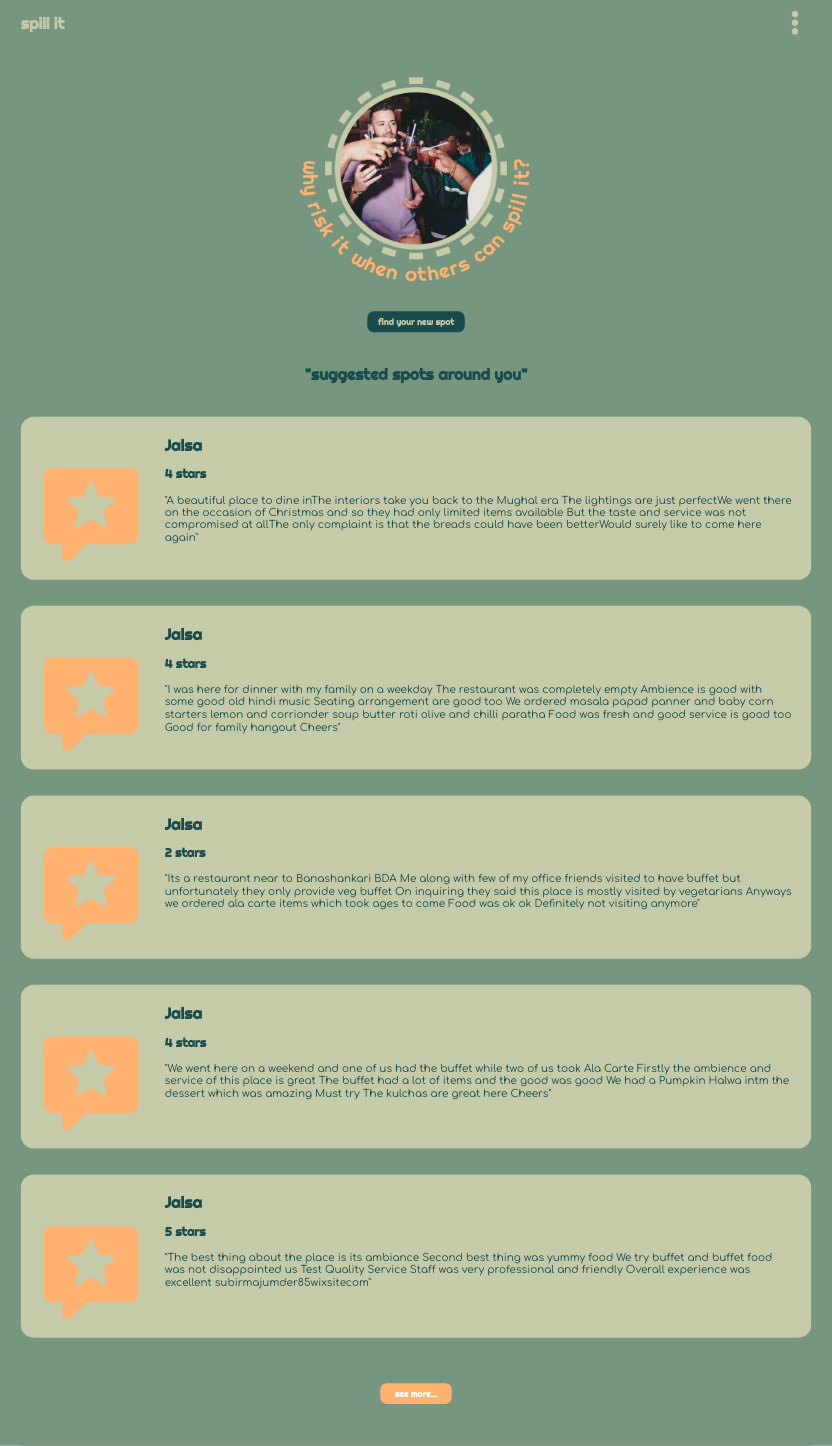
Repository: shaelorch/spillit
Page: /
These files come from the project's save history. The page is drawn as it stood at one moment and after the next save; the edit follows.
The browser window is 1280 px wide. The pictures show the whole page, at 65% of full size.
The project was rebuilt for these pictures with package versions that can differ from the ones it lists, and the page was loaded fresh each time. The framework's server and built-in components were replaced by stand-ins that run in the browser. Also part of the build but not shown: next.config.js.

Above is the page before, as saved 2023-02-20 15:32:27.

After the next save:
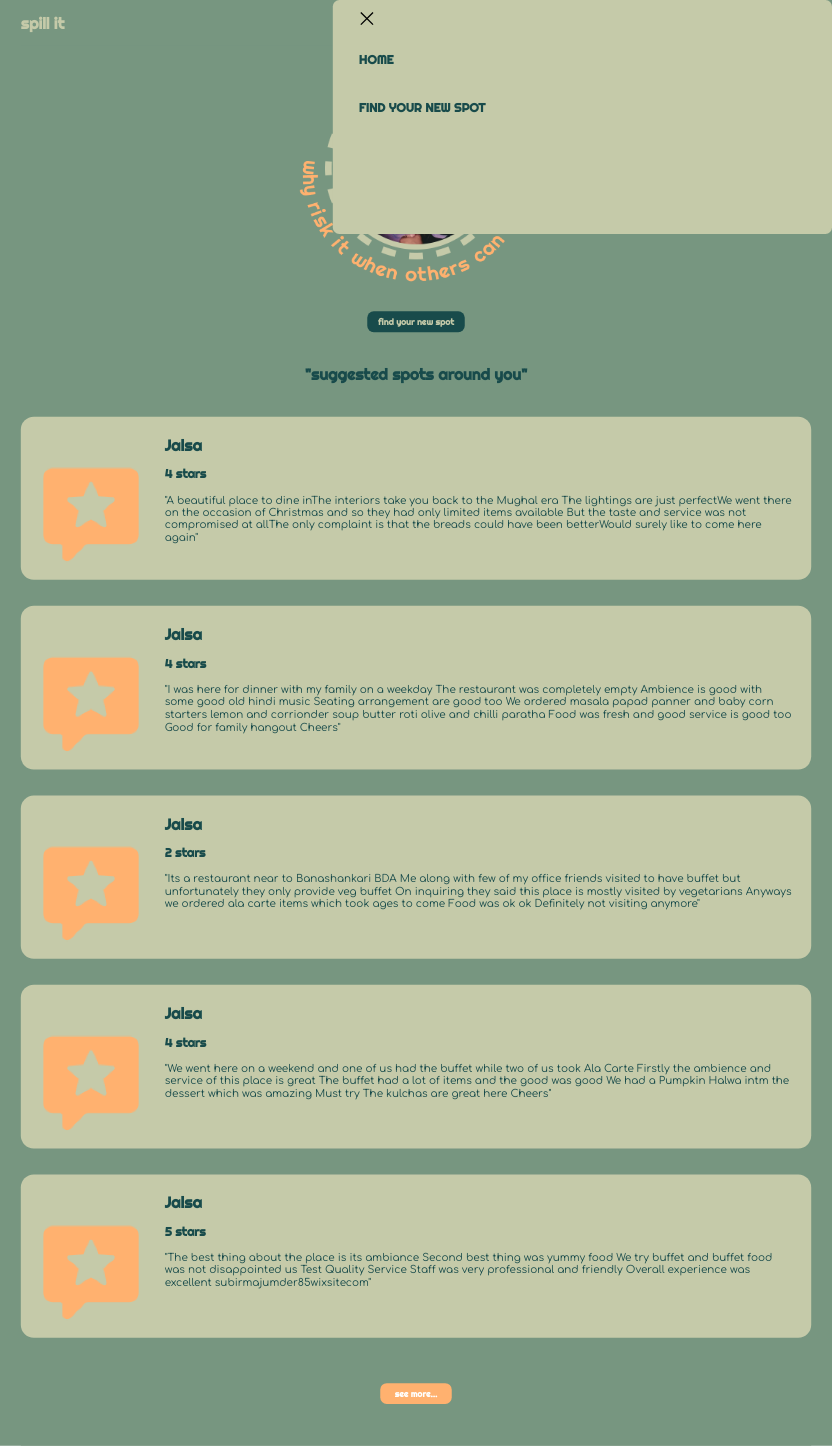
Saved 4 s later.
--- a/components/popMenu.js
+++ b/components/popMenu.js
@@ -4,7 +4,7 @@
 
 export default function PopMenu() {
 
-    const [close, setClose] = useState(false);
+    const [close, setClose] = useState(true);
 
     const handleButtonClick = () => {
         setClose(current => !current);

After the save that followed:
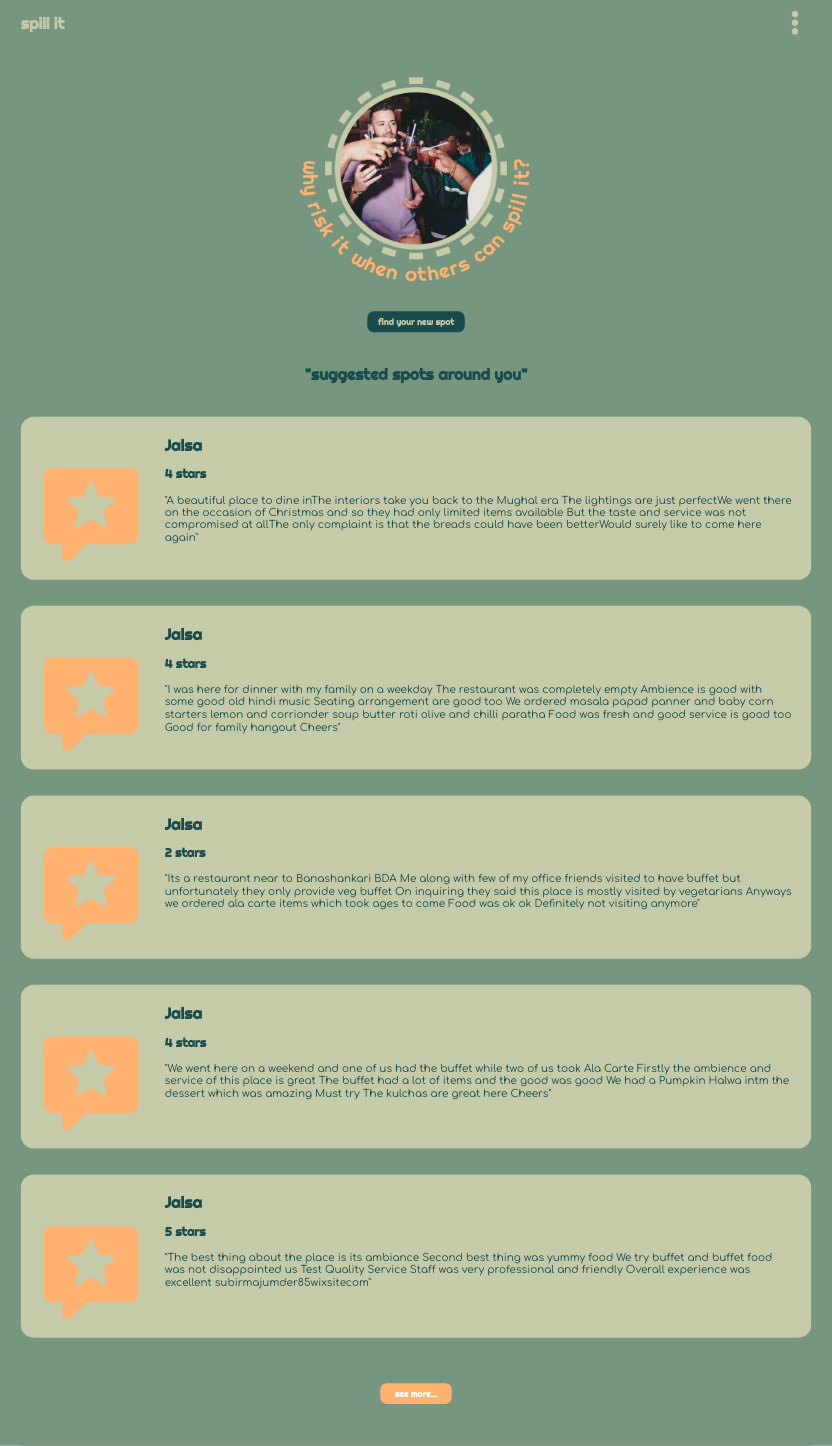
Saved 10 s later.
--- a/components/popMenu.js
+++ b/components/popMenu.js
@@ -4,7 +4,7 @@
 
 export default function PopMenu() {
 
-    const [close, setClose] = useState(true);
+    const [close, setClose] = useState(false);
 
     const handleButtonClick = () => {
         setClose(current => !current);
